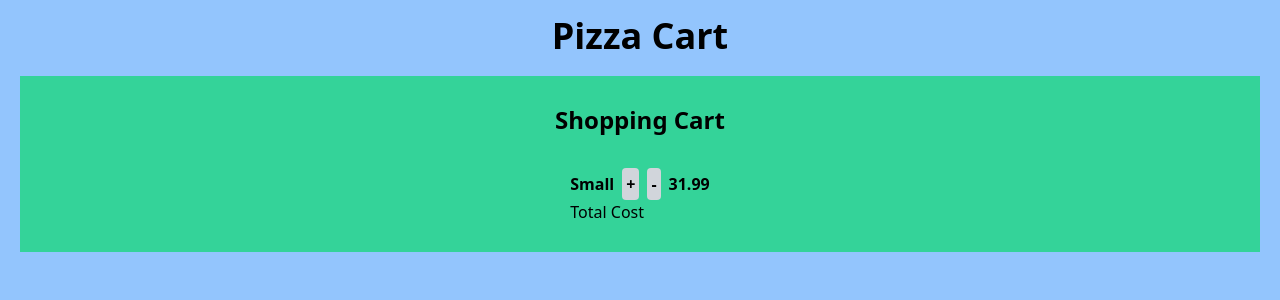
Repository: lasity34/pizza_cart
Page: index.html
An editor plug-in stored every save of this project. The page is shown before and after the next save, followed by the edit.
The browser window is 1280 px wide. The pictures show the whole page.
Some web libraries are served in a nearby version.

Above is the page before, as saved 2023-07-11 08:39:25.

### index.html
<!DOCTYPE html>
<html lang="en">
<head>
    <meta charset="UTF-8">
    <meta name="viewport" content="width=device-width, initial-scale=1.0">
    <title>Pizza Cart</title>
        <script src="//unpkg.com/alpinejs" defer></script>
     <link href="https://cdn.jsdelivr.net/npm/tailwindcss@2.1.2/dist/tailwind.min.css" rel="stylesheet">
</head>
<body class="bg-blue-300">
    <section class="flex justify-center items-center">
        <h1 class="text-4xl pt-4 font-bold">Pizza Cart</h1>
    </section>
    <section class="bg-green-400 m-5 p-7 flex justify-center items-center flex-col">
        <h2 class="text-2xl  mb-2 font-bold">Shopping Cart</h2>
        <div class="mt-6">
            <div class="flex items-center">
                <p class="font-bold mr-2">Small</p>
                <button class="bg-gray-300 hover:bg-gray-400 rounded p-1 mr-2 font-bold">+</button>
                <button class="bg-gray-300 hover:bg-gray-400 rounded p-1 font-bold">-</button>
                <p class="font-bold ml-2">31.99</p>
            </div>
            <p>Total Cost</p>
        </div>
    </section>
</body>
</html>

After the next save:
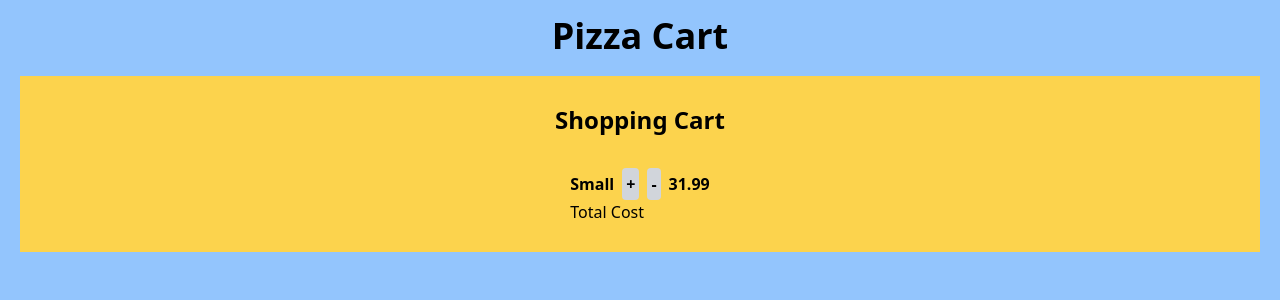
Saved 86 s later.
--- a/index.html
+++ b/index.html
@@ -11,7 +11,7 @@
     <section class="flex justify-center items-center">
         <h1 class="text-4xl pt-4 font-bold">Pizza Cart</h1>
     </section>
-    <section class="bg-green-400 m-5 p-7 flex justify-center items-center flex-col">
+    <section class="bg-yellow-300 m-5 p-7 flex justify-center items-center flex-col">
         <h2 class="text-2xl  mb-2 font-bold">Shopping Cart</h2>
         <div class="mt-6">
             <div class="flex items-center">
